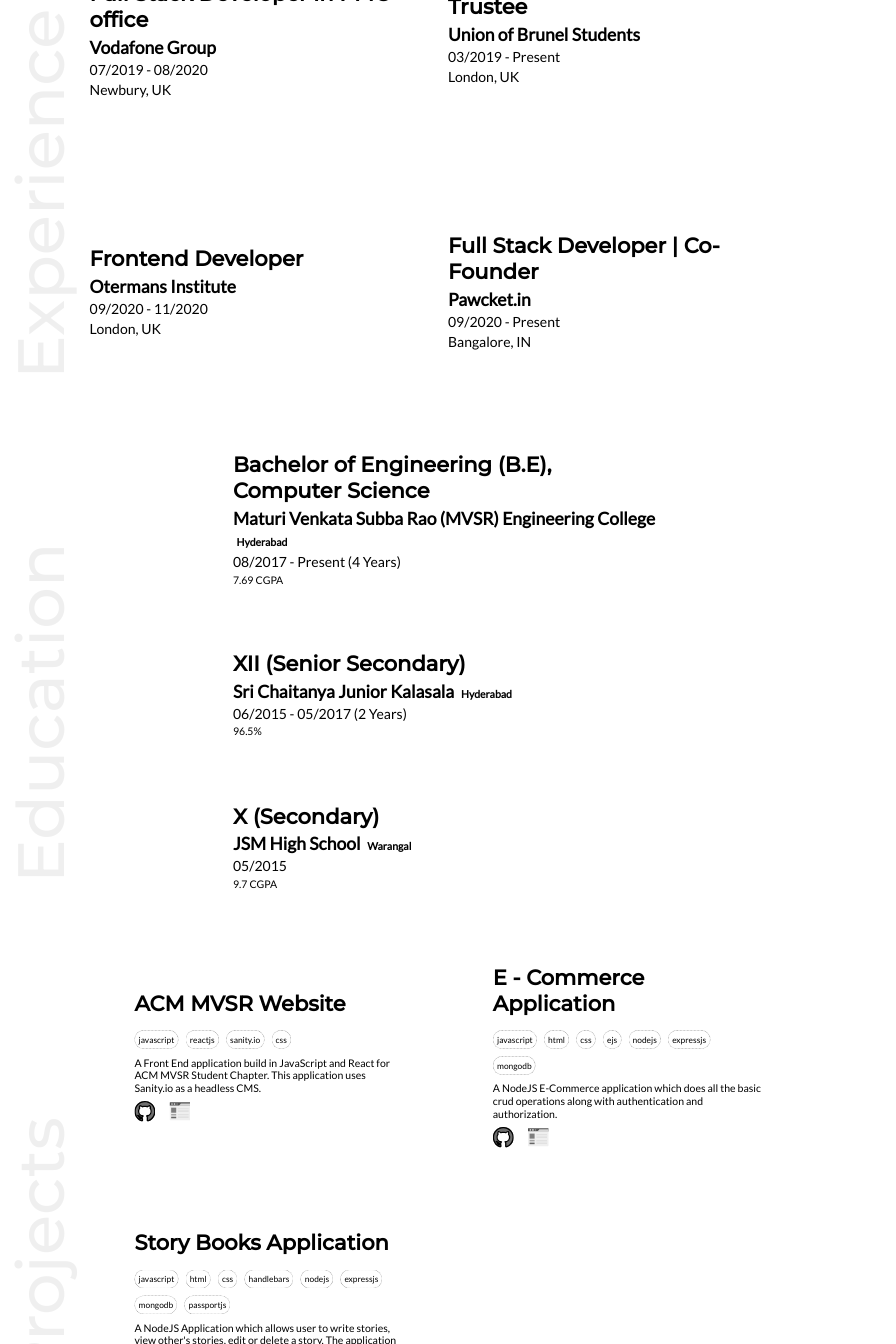
Repository: jasonpraful/Portfolio
Page: /
The author's editor kept a copy of each file at every save. The page is drawn from the files as they stood at one save, then again after the next save.
The browser window is 1280 px wide. The pictures show the part of the page from y = 1561 to 3481 px (the page is 3600 px tall), at 70% of full size.
The project was rebuilt for these pictures with package versions that can differ from the ones it lists, and the page was loaded fresh each time. The framework's server and built-in components were replaced by stand-ins that run in the browser. Also part of the build but not shown: next.config.js.

Above is the page before, as saved 2021-02-02 11:29:57.

After the next save:
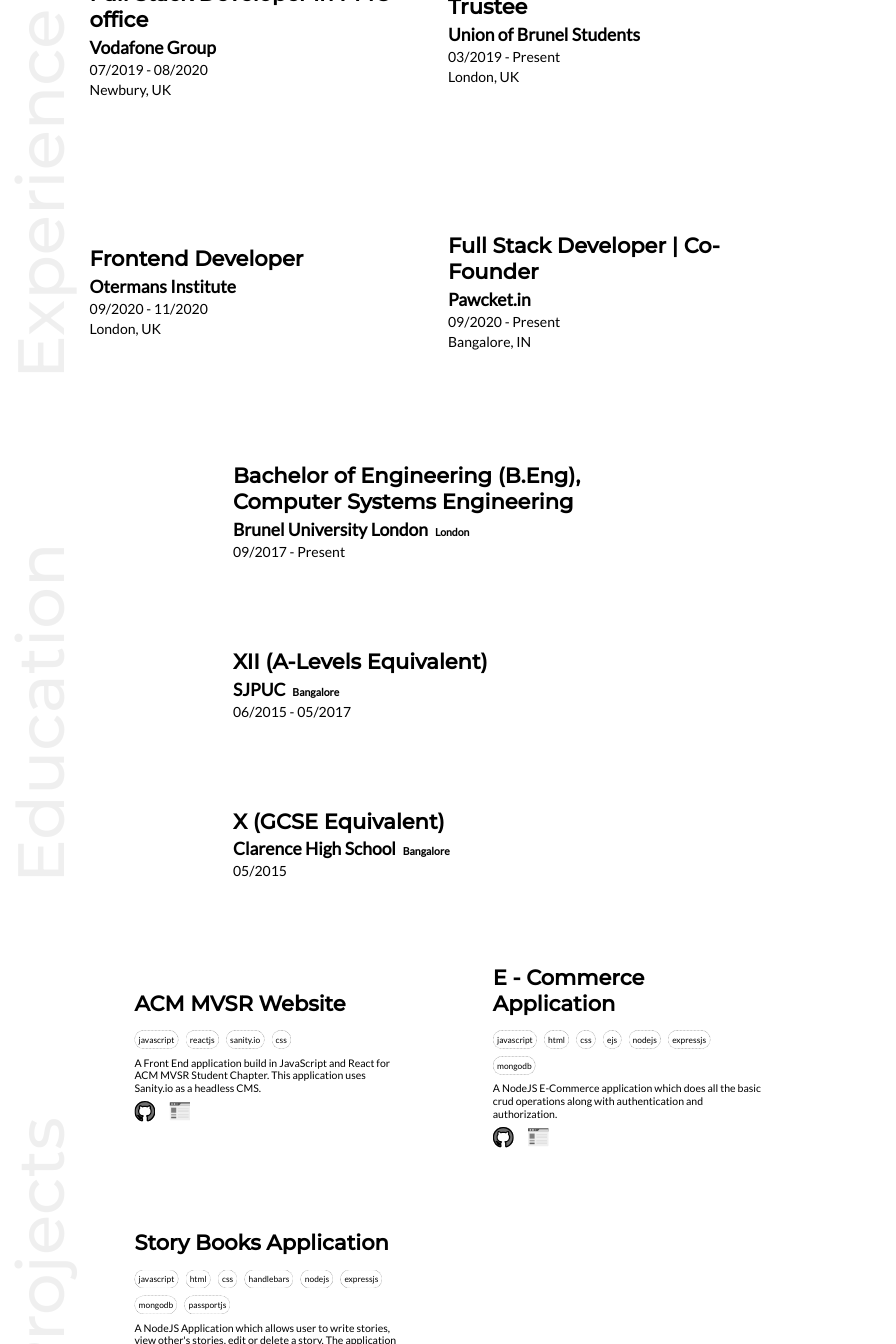
Saved 2 min 9 s later.
--- a/pages/components/EducationList.js
+++ b/pages/components/EducationList.js
@@ -2,23 +2,23 @@
 
 const education = [
     {
-        class: 'Bachelor of Engineering (B.E), Computer Science',
-        college: 'Maturi Venkata Subba Rao (MVSR) Engineering College',
-        city: 'Hyderabad',
-        duration: '08/2017 - Present (4 Years)',
-        marks: '7.69 CGPA'
+        class: 'Bachelor of Engineering (B.Eng), Computer Systems Engineering',
+        college: 'Brunel University London',
+        city: 'London',
+        duration: '09/2017 - Present',
+        marks: 'First Class (Expected)'
     },
     {
-        class: 'XII (Senior Secondary)',
-        college: 'Sri Chaitanya Junior Kalasala',
-        city: 'Hyderabad',
-        duration: '06/2015 - 05/2017 (2 Years)',
+        class: 'XII (A-Levels Equivalent)',
+        college: 'SJPUC',
+        city: 'Bangalore',
+        duration: '06/2015 - 05/2017',
         marks: '96.5%'
     },
     {
-        class: 'X (Secondary)',
-        college: 'JSM High School',
-        city: 'Warangal',
+        class: 'X (GCSE Equivalent)',
+        college: 'Clarence High School',
+        city: 'Bangalore',
         duration: '05/2015',
         marks: '9.7 CGPA'
     }
@@ -31,7 +31,7 @@
                 <h1>{study.class}</h1>
                 <h3>{study.college} <span>{study.city}</span></h3>
                 <p>{study.duration}</p>
-                <p className={styles.marks}>{study.marks}</p>
+                {/* <p className={styles.marks}>{study.marks}</p> */}
             </div>)
         }
 
